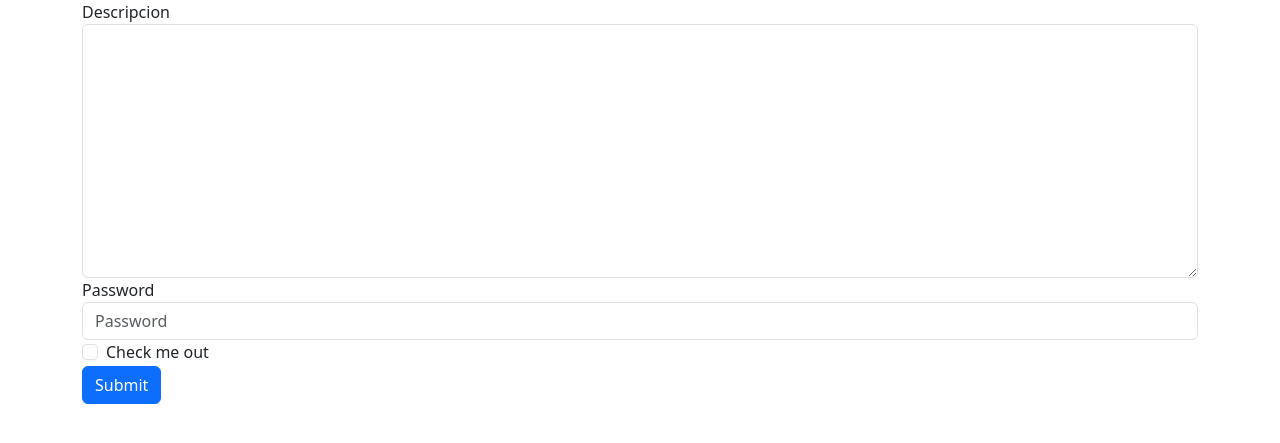
Repository: kevin-meza/pompeyo
Page: http://localhost/post/create
These files come from the project's save history. The page is drawn as it stood at one moment and after the next save; the edit follows.
The browser window is 1280 px wide. The pictures show the whole page.
The page is served by the project's Laravel application, run on PHP 8.4 with Laravel 10. A made-up administrator, Test User (test@example.com), is signed in. Other server files are loaded and not shown.

Above is the page before, as saved 2023-05-05 17:11:47.

### routes/web.php
<?php

use Illuminate\Support\Facades\Route;

/*
|--------------------------------------------------------------------------
| Web Routes
|--------------------------------------------------------------------------
|
| Here is where you can register web routes for your application. These
| routes are loaded by the RouteServiceProvider and all of them will
| be assigned to the "web" middleware group. Make something great!
|
*/

Route::get('/', function () {
    return view('auth/login');
});

Auth::routes();

Route::get('/home', [App\Http\Controllers\HomeController::class, 'index'])->name('home');

Route::resource('/comentar',App\Http\Controllers\comentarioController::class);
Route::post('/comentar/store', [App\Http\Controllers\comentarioController::class,'store'])->name('comentar.store');

Route::resource('/post',App\Http\Controllers\postController::class);

### app/Models/User.php
<?php

namespace App\Models;

// use Illuminate\Contracts\Auth\MustVerifyEmail;
use Illuminate\Database\Eloquent\Factories\HasFactory;
use Illuminate\Foundation\Auth\User as Authenticatable;
use Illuminate\Notifications\Notifiable;
use Laravel\Sanctum\HasApiTokens;

class User extends Authenticatable
{
    use HasApiTokens, HasFactory, Notifiable;

    /**
     * The attributes that are mass assignable.
     *
     * @var array<int, string>
     */
    protected $primaryKey = 'id_user';
    protected $fillable = [
        'name',
        'email',
        'password',
    ];

    /**
     * The attributes that should be hidden for serialization.
     *
     * @var array<int, string>
     */
    protected $hidden = [
        'password',
        'remember_token',
    ];

    /**
     * The attributes that should be cast.
     *
     * @var array<string, string>
     */
    protected $casts = [
        'email_verified_at' => 'datetime',
    ];
}

### app/Http/Controllers/postController.php
<?php

namespace App\Http\Controllers;

use Illuminate\Http\Request;

class postController extends Controller
{
    /**
     * Display a listing of the resource.
     */
    public function index()
    {
        //
    }

    /**
     * Show the form for creating a new resource.
     */
    public function create()
    {
        //
        return view ("post/form");
    }

    /**
     * Store a newly created resource in storage.
     */
    public function store(Request $request)
    {
        //
    }

    /**
     * Display the specified resource.
     */
    public function show(string $id)
    {
        //
    }

    /**
     * Show the form for editing the specified resource.
     */
    public function edit(string $id)
    {
        //
    }

    /**
     * Update the specified resource in storage.
     */
    public function update(Request $request, string $id)
    {
        //
    }

    /**
     * Remove the specified resource from storage.
     */
    public function destroy(string $id)
    {
        //
    }
}

### resources/views/post/form.blade.php
<!DOCTYPE html>
<html lang="en">
<head>
    <meta charset="UTF-8">
    <meta name="viewport" content="width=device-width, initial-scale=1.0">
    <meta http-equiv="X-UA-Compatible" content="ie=edge">
    <link href="https://cdn.jsdelivr.net/npm/bootstrap@5.3.0-alpha3/dist/css/bootstrap.min.css" rel="stylesheet" integrity="sha384-KK94CHFLLe+nY2dmCWGMq91rCGa5gtU4mk92HdvYe+M/SXH301p5ILy+dN9+nJOZ" crossorigin="anonymous">
<script src="https://cdn.jsdelivr.net/npm/bootstrap@5.2.3/dist/js/bootstrap.min.js" integrity="sha384-cuYeSxntonz0PPNlHhBs68uyIAVpIIOZZ5JqeqvYYIcEL727kskC66kF92t6Xl2V" crossorigin="anonymous"></script>
    <title>Document</title>
</head>
<body>
    <div class="container">
    <form>
        <div class="form-group">
          <label for="exampleInputEmail1">Descripcion</label>

            <textarea class="form-control" name="descripcion" id="" cols="15" rows="10"></textarea>
        </div>
        <div class="form-group">
          <label for="exampleInputPassword1">Password</label>
          <input type="password" class="form-control" id="exampleInputPassword1" placeholder="Password">
        </div>
        <div class="form-check">
          <input type="checkbox" class="form-check-input" id="exampleCheck1">
          <label class="form-check-label" for="exampleCheck1">Check me out</label>
        </div>
        <button type="submit" class="btn btn-primary">Submit</button>
      </form>

</div>

</body>
</html>

Loaded but not shown: app/Http/Controllers/Auth/ConfirmPasswordController.php (common file); app/Http/Controllers/Controller.php (common file)

After the next save:
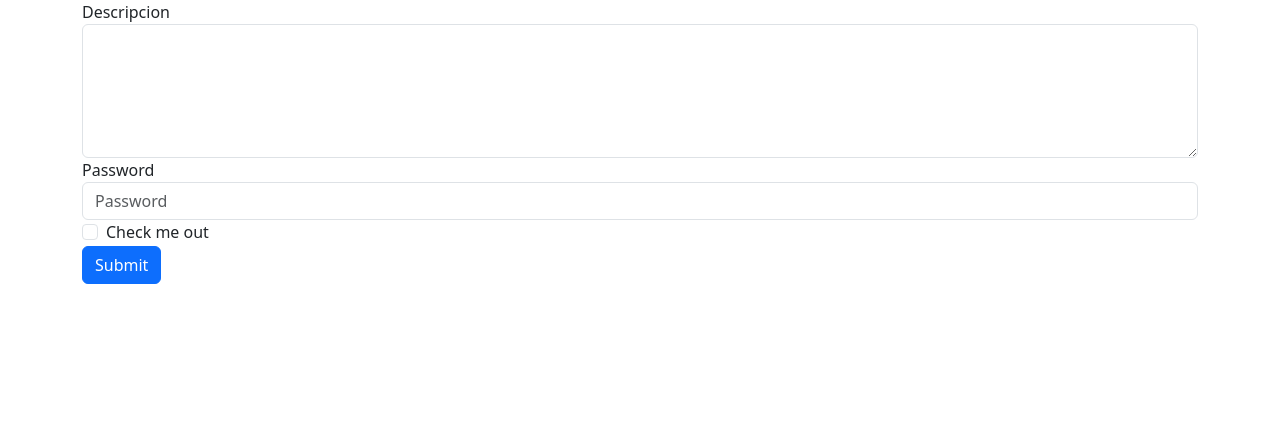
Saved 7 s later.
--- a/resources/views/post/form.blade.php
+++ b/resources/views/post/form.blade.php
@@ -14,7 +14,7 @@
         <div class="form-group">
           <label for="exampleInputEmail1">Descripcion</label>
 
-            <textarea class="form-control" name="descripcion" id="" cols="15" rows="10"></textarea>
+            <textarea class="form-control" name="descripcion" id="" cols="15" rows="5"></textarea>
         </div>
         <div class="form-group">
           <label for="exampleInputPassword1">Password</label>
